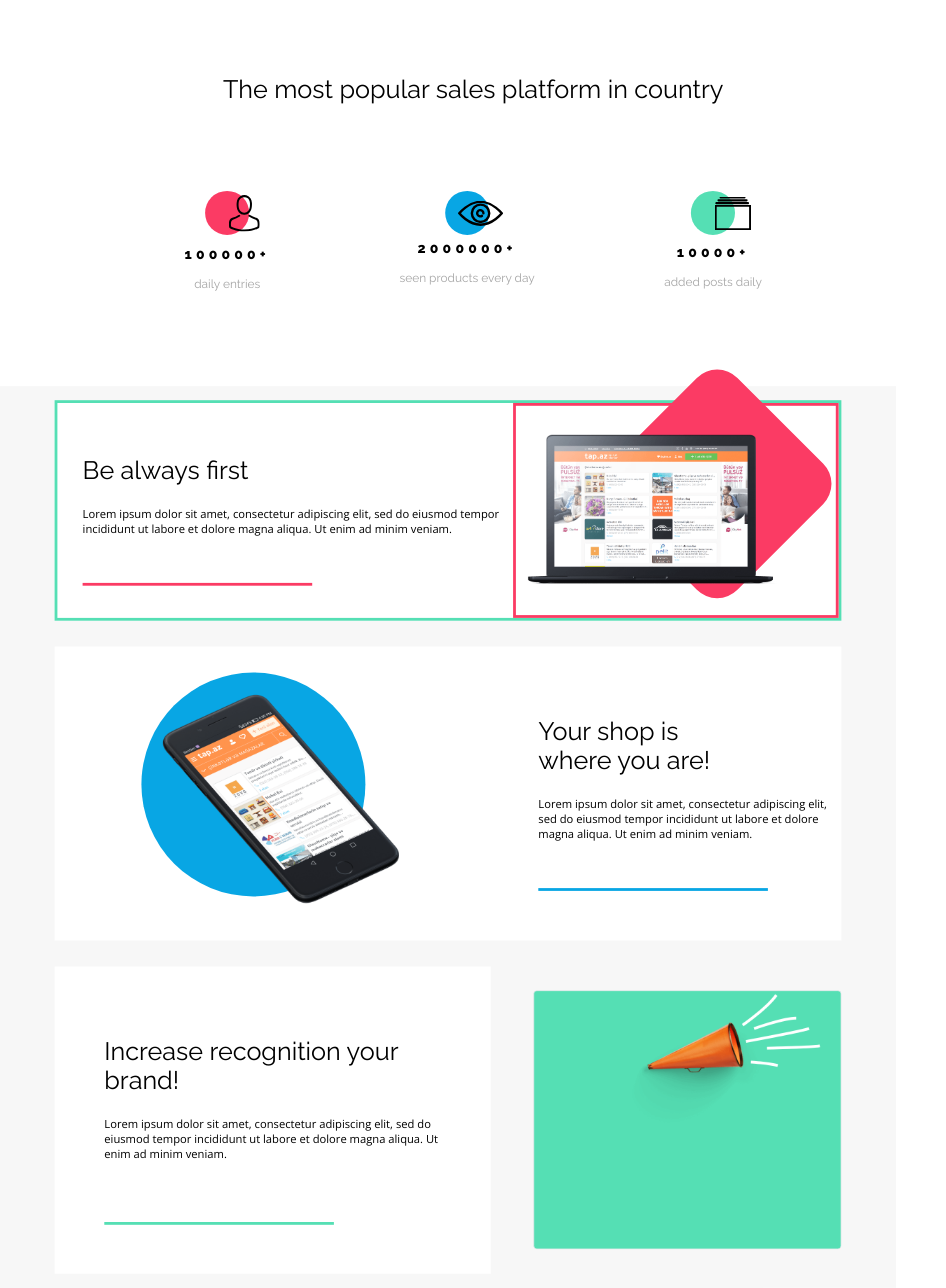
Repository: Widzisz/bestshop-website
Page: index.html
The author's editor kept a copy of each file at every save. The page is drawn from the files as they stood at one save, then again after the next save.
The browser window is 1280 px wide. The page is 1352 px wide, so the pictures cover 1352 px, including what lies to the right of the window. The pictures show the part of the page from y = 714 to 2554 px (the page is 2554 px tall), at 70% of full size.

Above is the page before, as saved 2021-03-20 11:11:26.

### index.html
<!DOCTYPE html>
<html lang="en">

<head>
  <meta charset="UTF-8">
  <meta http-equiv="X-UA-Compatible" content="IE=edge">
  <meta name="viewport" content="width=device-width, initial-scale=1.0">
  <link rel="preconnect" href="https://fonts.gstatic.com">
  <link
    href="https://fonts.googleapis.com/css2?family=Open+Sans:ital,wght@0,300;0,400;0,600;0,700;0,800;1,300;1,400;1,600;1,700;1,800&family=Raleway:ital,wght@0,100;0,200;0,300;0,400;0,500;0,600;0,700;0,800;0,900;1,100;1,200;1,300;1,400;1,500;1,600;1,700;1,800;1,900&display=swap"
    rel="stylesheet">
  <title>BestShop</title>
  <link rel="stylesheet" href="css/normalize.css">
  <link rel="stylesheet" href="css/style.css">
</head>

<body>
  <div class="hero">
    <!--!!! HEADER + NAV !!!-->
    <header class="header">
      <div class="container">

        <div class="logo">
          <a href="" class="logo__title">
            BestShop
          </a>
        </div>

        <nav class="menu">
          <ul class="menu__list">
            <li><a href="">WHY US</a></li>
            <li><a href="">BENEFITS</a></li>
            <li><a href="">PRICES</a></li>
            <li><a href="">CONTACT</a></li>
          </ul>
        </nav>

      </div>
    </header>

    <!--!!! SEKCJA PIERWSZA !!!-->
    <section class="welcome">
      <div class="welcome__rows">
        <h1 class="welcome__rows-title">
          Sell More
        </h1>
        <p class="welcome__rows-text">
          Open shop on our platform and increase your sales
        </p>
        <div class="welcome__rows-btn">
          <a href="" class="welcome__rows-btn-1">
            Open your shop
          </a>
        </div>
      </div>
    </section>

    <!--!!! SEKCJA DRUGA !!!-->
    <section class="container">
      <div class="statistics">
        <h2 class="statistics__title">
          The most popular sales platform in country
        </h2>

        <div class="statistics__rows">

          <div class="statistics__rows-1">
            <div class="statistics__rows-picture">
              <div class="statistics__rows-circle-1">
              </div>
              <img src="images/person.svg" alt="" class="statistics-icon-1">
            </div>
            <p class="statistics__rows-numbers">
              100000+
            </p>
            <p class="statistics__rows-text">
              daily entries
            </p>
          </div>

          <div class="statistics__rows-2">
            <div class="statistics__rows-picture">
              <div class="statistics__rows-circle-2">
              </div>
              <img src="images/eye.svg" alt="" class="statistics-icon-2">
            </div>
            <p class="statistics__rows-numbers">
              2000000+
            </p>
            <p class="statistics__rows-text">
              seen products every day
            </p>
          </div>

          <div class="statistics__rows-3">
            <div class="statistics__rows-picture">
              <div class="statistics__rows-circle-3">
              </div>
              <img src="images/catalog.svg" alt="" class="statistics-icon-3">
            </div>
            <p class="statistics__rows-numbers">
              10000+
            </p>
            <p class="statistics__rows-text">
              added posts daily
            </p>
          </div>


        </div>
      </div>
    </section>


    <!--!!! SEKCJA TRZECIA !!!-->
    <div class="hero-2">
      <section class="container-2">

        <div class="promotion-1">
          <div class="promotion__image-1">
            <div class="promotion__picture">
              <img src="images/macbook.png" alt="" class="promotion__picture-1">
            </div>
            <div class="promotion__image-figure-1">
            </div>
          </div>
          <div class="text__rows">
            <h2 class="text__rows-title">
              Be always first
            </h2>
            <p class="text__rows-text">
              Lorem ipsum dolor sit amet, consectetur adipiscing elit, sed do eiusmod tempor incididunt ut labore et
              dolore magna aliqua. Ut enim ad minim veniam.
            </p>
            <div class="text__rows-underline-1">
            </div>
          </div>
        </div>

        <div class="promotion-2">
          <div class="promotion__image-2">
            <div class="promotion__picture">
              <img src="images/iphone.png" alt="" class="promotion__picture-2">
            </div>
            <div class="promotion__image-figure-2">
            </div>
          </div>
          <div class="text__rows-2">
            <h2 class="text__rows-title-2">
              Your shop is where you are!
            </h2>
            <p class="text__rows-text">
              Lorem ipsum dolor sit amet, consectetur adipiscing elit, sed do eiusmod tempor incididunt ut labore et
              dolore magna aliqua. Ut enim ad minim veniam.
            </p>
            <div class="text__rows-underline-2">
            </div>
          </div>
        </div>



        <div class="promotion-3">

          <div class="promotion-3__container">
            <div class="text__rows">
              <h2 class="text__rows-title-3">
                Increase recognition your brand!
              </h2>
              <p class="text__rows-text-3">
                Lorem ipsum dolor sit amet, consectetur adipiscing elit, sed do eiusmod tempor incididunt ut labore et
                dolore magna aliqua. Ut enim ad minim veniam.
              </p>
              <div class="text__rows-underline-3">
              </div>
            </div>
          </div>



          <div class="promotion__image-3">
            <div class="promotion__picture">
              <img src="images/trumpet.png" alt="" class="promotion__picture-3">
            </div>
            <div class="promotion__image-figure-3">
            </div>
          </div>
        </div>



      </section>
    </div>

  </div>

  </div>




</body>

</html>

### css/style.css
:root {
  --c-primary: #08a6e4;
  --c-primary-shadow: rgba(7, 172, 230, 0.16);
  --c-redish: #fb3b64;
  --c-green: #55dfb4;
  --c-black: #000000;
  --c-grey: #a5a5a5;
  --c-light-grey: #f7f7f7;
  --c-white: #ffffff;
  --font-open: "Open Sans", sans-serif;
  --font-raleway: "Raleway", sans-serif;
  --cursor-pointer: pointer;
}

html {
}

* {
  box-sizing: border-box;
}
body {
  margin: 0;
}

.container {
  width: 1352px;
  margin: 0 auto;
  padding-left: 10px;
  padding-right: 10px;
}

/* -------------------------------------------------------------------------
                           NAGŁÓWEK
------------------------------------------------------------------------- */
.hero {
  width: 100%;
  height: 100vh;
  background-color: var(--c-white);
}

.header {
  width: 100%;
  height: 70px;
  background-color: var(--c-white);
  box-shadow: 0px 3px 6px #00000029;
  opacity: 1;
}

.header .container {
  height: 100%;
  display: flex;
  justify-content: space-between;
  align-items: center;
}

.logo {
}

.logo__title {
  text-align: left;
  text-decoration: none;
  color: var(--c-primary);
  letter-spacing: 0px;
  opacity: 1;
  font: normal normal 300 32px/37px var(--font-raleway);
  cursor: var(--cursor-pointer);
}

.menu {
}
.menu__list {
  list-style-type: none;
  display: flex;
}
.menu__list a {
  padding: 0 50px;
  text-decoration: none;
  text-align: center;
  font: normal normal bold 11px/15px var(--font-open);
  letter-spacing: 3.28px;
  color: var(--c-black);
  opacity: 1;
  position: relative;
}

.menu__list a::before {
  content: "";
  position: absolute;
  width: 100%;
  height: 4px;
  top: 40px;
  left: 0;
  background-color: var(--c-primary);
  visibility: hidden;
  transform: scaleX(0);
  transition: all 0.3s ease-in-out 0s;
}

.menu__list a:hover::before {
  visibility: visible;
  transform: scaleX(0.5);
}

/* -------------------------------------------------------------------------
                           SEKCJA PIERWSZA
------------------------------------------------------------------------- */
.welcome {
  height: 100vh;
  background-image: url(../images/background.png);
  background-repeat: no-repeat;
  background-size: contain;
  background-position: center;
}

.welcome__rows {
  display: flex;
  justify-content: center;
  align-items: center;
  flex-direction: column;
  padding-bottom: 100px;
}

.welcome__rows-title {
  text-align: center;
  font: normal normal normal 49px/57px var(--font-raleway);
  letter-spacing: 0px;
  color: var(--c-black);
  opacity: 1;
}

.welcome__rows-text {
  text-align: center;
  font: normal normal normal 16px/22px var(--font-open);
  letter-spacing: 0px;
  color: var(--c-black);
  opacity: 1;
}

.welcome__rows-btn {
  margin-top: 20px;
  padding: 20px 180px;
  background: var(--c-primary);
  box-shadow: 5px 10px 14px #07ace629;
  border-radius: 40px;
  opacity: 1;
}

.welcome__rows-btn-1 {
  font: normal normal bold 16px/22px var(--font-open);
  text-align: center;
  letter-spacing: 0px;
  background: var(--c-primary);
  color: var(--c-white);
  text-decoration: none;
}

/* -------------------------------------------------------------------------
                           SEKCJA DRUGA
------------------------------------------------------------------------- */

.statistics {
  display: flex;
  justify-content: center;
  align-items: center;
  flex-direction: column;
}
.statistics__title {
  text-align: center;
  font: normal normal normal 36px/42px var(--font-raleway);
  letter-spacing: 0px;
  color: var(--c-black);
  opacity: 1;
  padding-bottom: 101px;
}

.statistics__rows {
  display: flex;
  justify-content: center;
  align-items: center;
  gap: 185px;
  padding-bottom: 120px;
}

.statistics__rows-picture {
  display: flex;
  justify-content: center;
  align-items: center;
}

.statistics__rows-circle-1 {
  height: 63px;
  width: 63px;
  background: var(--c-redish);
  border-radius: 50%;
  opacity: 1;
  position: absolute;
  z-index: 0;
}

.statistics__rows-circle-2 {
  height: 63px;
  width: 63px;
  background: var(--c-primary);
  border-radius: 50%;
  opacity: 1;
  position: absolute;
  z-index: 0;
}

.statistics__rows-circle-3 {
  height: 63px;
  width: 63px;
  background: var(--c-green);
  border-radius: 50%;
  opacity: 1;
  position: absolute;
  z-index: 0;
}

.statistics-icon-1 {
  position: relative;
  left: 20%;
  z-index: 1;
}

.statistics-icon-2 {
  position: relative;
  left: 10%;
  z-index: 1;
}

.statistics-icon-3 {
  position: relative;
  left: 20%;
  z-index: 1;
}

.statistics__rows-numbers {
  text-align: center;
  font: normal normal 800 20px/24px var(--font-raleway);
  letter-spacing: 5.96px;
  color: var(--c-black);
  opacity: 1;
}

.statistics__rows-text {
  text-align: center;
  font: normal normal normal 17px/20px var(--font-raleway);
  letter-spacing: 0px;
  color: var(--c-grey);
  opacity: 1;
}

/* -------------------------------------------------------------------------
                             SEKCJA TRZECIA
------------------------------------------------------------------------- */

.hero-2 {
  width: 100%;
  min-height: 100vh;
  background: var(--c-light-grey);
  padding: 20px;
  display: flex;
  justify-content: center;

}

.container-2 {
  width: 1124px;

}

.promotion-1 {
  display: flex;
  justify-content: space-between;
  align-items: center;
  flex-direction: row-reverse;
  background: var(--c-white);
  border: 4px solid var(--c-green);
}

.promotion__image-1 {
  padding-right: 71px;
  padding-bottom: 38px;
  padding-top: 38px;
  display: flex;
  justify-content: center;
  align-items: center;
  position: relative;
  border: 4px solid var(--c-redish);
}
.promotion__picture {
}
.promotion__picture-1 {
  width: 386px;
  height: 219px;
  position: relative;
  z-index: 1;
}

.promotion__image-figure-1 {
  background-color: var(--c-redish);
  width: 255px;
  height: 255px;
  border-radius: 41px;
  opacity: 1;
  transform: rotate(45deg);
  position: absolute;
  bottom: 60px;
  left: 160px;
  z-index: 0;
}

.text__rows {
  padding-left: 36px;
}

.text__rows-title {
  text-align: left;
  font: normal normal normal 36px/42px var(--font-raleway);
  letter-spacing: 0px;
  color: var(--c-black);
  opacity: 1;
}
.text__rows-text {
  text-align: left;
  font: normal normal normal 16px/22px var(--font-open);
  letter-spacing: 0px;
  color: var(--c-black);
  opacity: 1;
}
.text__rows-underline-1 {
  width: 328px;
  height: 0px;
  border-bottom: 4px solid var(--c-redish);
  padding-top: 50px;
  opacity: 1;
}

.promotion-2 {
  margin: 37px 0;
  display: flex;
  justify-content: space-between;
  align-items: center;
  background: var(--c-white);
  gap: 194px;
}

.promotion__image-2 {
  padding-left: 71px;
  padding-bottom: 38px;
  padding-top: 12px;
  display: flex;
  justify-content: center;
  align-items: center;
  position: relative;
}

.promotion__picture-2 {
  width: 426px;
  height: 328px;
  position: relative;
  top: 30px;
  left: 50px;
  z-index: 1;
}

.promotion__image-figure-2 {
  width: 320px;
  height: 320px;
  background: var(--c-primary);
  border-radius: 50%;
  position: absolute;
  z-index: 0;
}

.text__rows-underline-2 {
  width: 328px;
  height: 0px;
  border-bottom: 4px solid var(--c-primary);
  padding-top: 50px;
}

.text__rows-2 {
  padding-right: 20px;
  padding-bottom: 71px;
  padding-top: 69px;
}

.text__rows-title-2 {
  width: 246px;
  text-align: left;
  font: normal normal normal 36px/42px var(--font-raleway);
  letter-spacing: 0px;
  color: var(--c-black);
  opacity: 1;
}

.promotion-3 {
  display: flex;
  justify-content: space-between;
  align-items: center;
  column-gap: 61px;
}

.promotion-3__container {
  width: 623px;
  padding: 69px 34px 70px 35px;
  display: flex;
  justify-content: center;
  align-items: center;
  background-color: var(--c-white);
}

.text__rows-title-3 {
  text-align: left;
  font: normal normal normal 36px/42px var(--font-raleway);
  letter-spacing: 0px;
  color: var(--c-black);
}

.text__rows-text-3 {
  text-align: left;
  font: normal normal normal 16px/22px var(--font-open);
  letter-spacing: 0px;
  color: var(--c-black);
}

.text__rows-underline-3 {
  width: 328px;
  height: 0px;
  border-bottom: 4px solid var(--c-green);
  padding-top: 70px;
}

.promotion__image-3 {
  display: flex;
  justify-content: flex-end;
  align-items: center;
  position: relative;
}

.promotion__picture-3 {
  width: 296px;
  height: 208px;
  background: transparent;
  position: absolute;
  top: 5px;
  right: 30px;
  z-index: 1;
}

.promotion__image-figure-3 {
  width: 440px;
  height: 370px;
  background: var(--c-green);
  border-radius: 5px;
  border: 1px solid #e8e9ed;
  position: relative;
  z-index: 0;
}

Loaded but not shown: css/normalize.css (library)

After the next save:
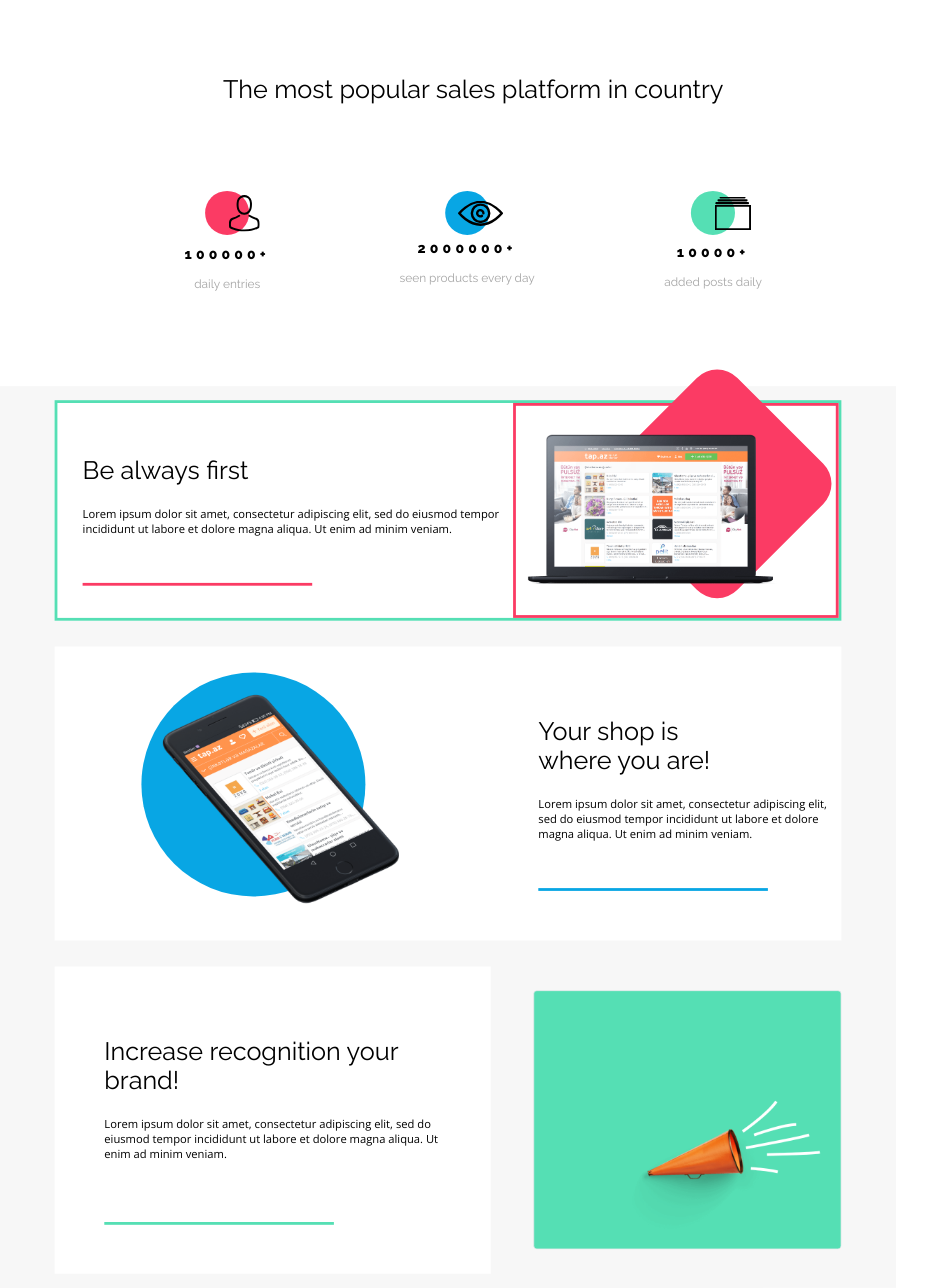
Saved 10 s later.
--- a/css/style.css
+++ b/css/style.css
@@ -445,7 +445,7 @@ body {
   height: 208px;
   background: transparent;
   position: absolute;
-  top: 5px;
+  bottom: 5px;
   right: 30px;
   z-index: 1;
 }
